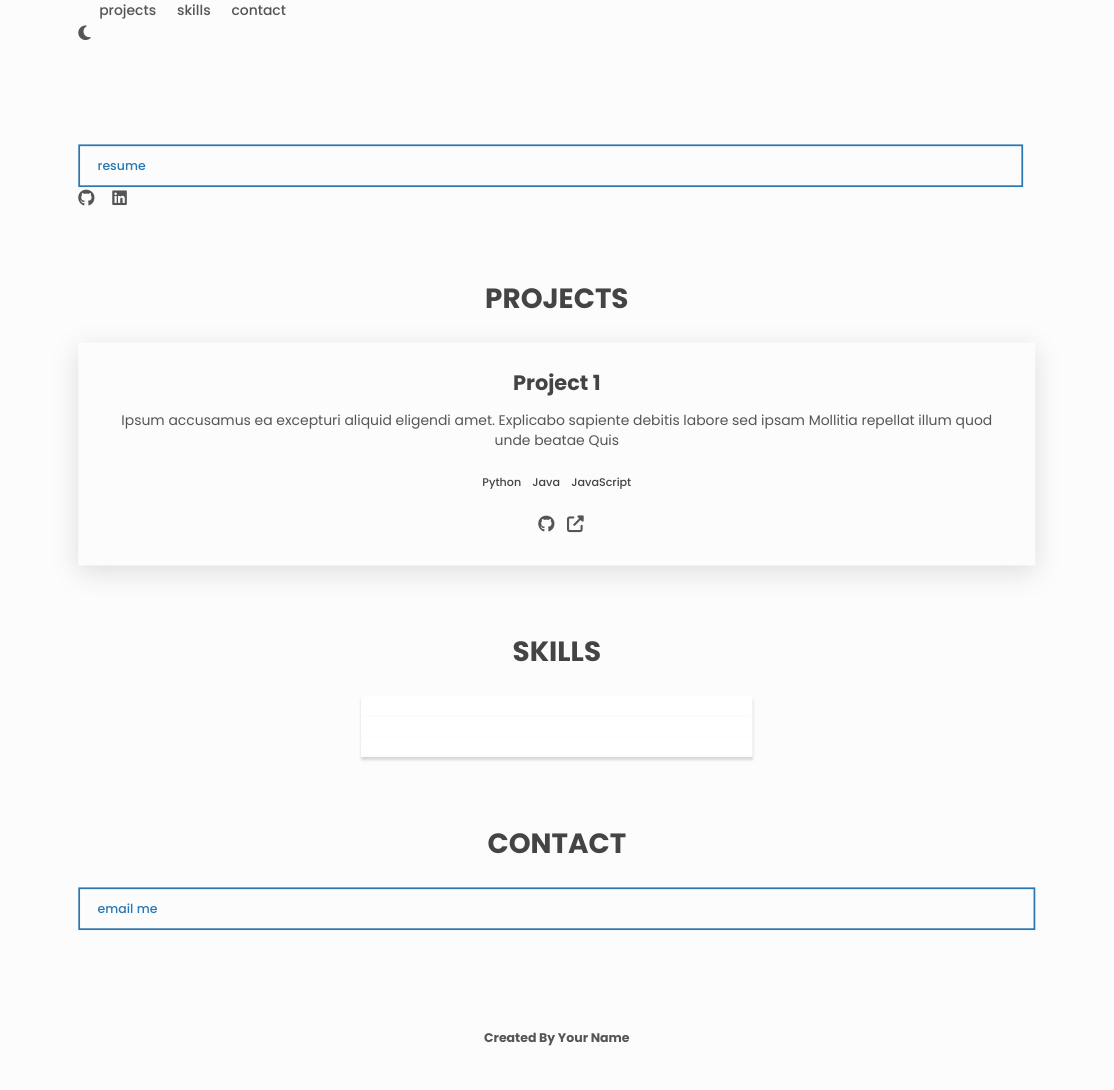
Repository: indiansummer1022/Cubstart
Page: Web Track/hw1/index.html
The author's editor kept a copy of each file at every save. The page is drawn from the files as they stood at one save, then again after the next save.
The browser window is 1280 px wide. The pictures show the whole page, at 87% of full size.
Some web libraries are served in a nearby version.

Above is the page before, as saved 2022-02-14 19:17:14.

After the next save:
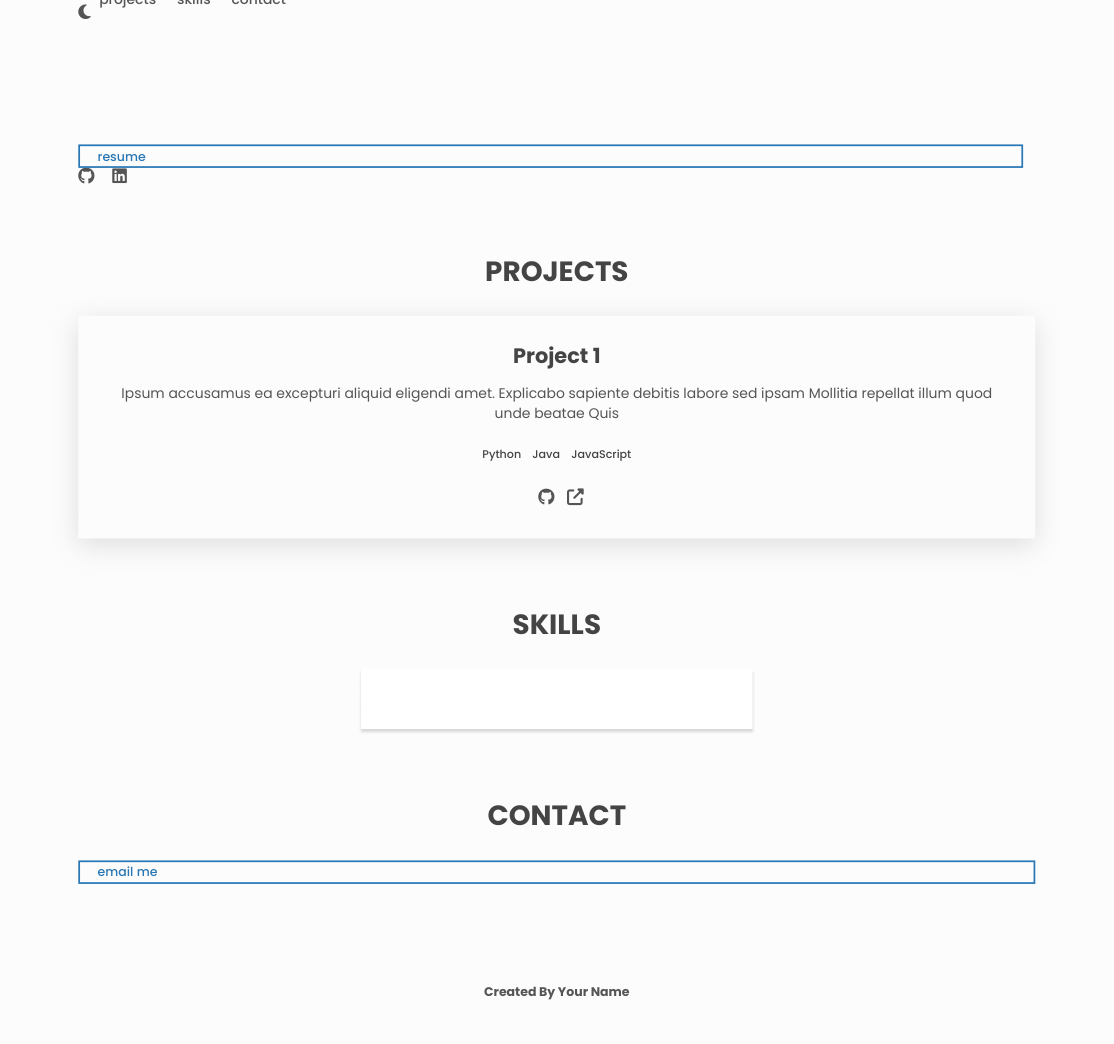
Saved 10 s later.
--- a/Web Track/hw1/styles.css
+++ b/Web Track/hw1/styles.css
@@ -215,7 +215,7 @@ button {
 
 .center {
   vertical-align: middle;
-
+  line-height: 0
 }
 
 .header {
